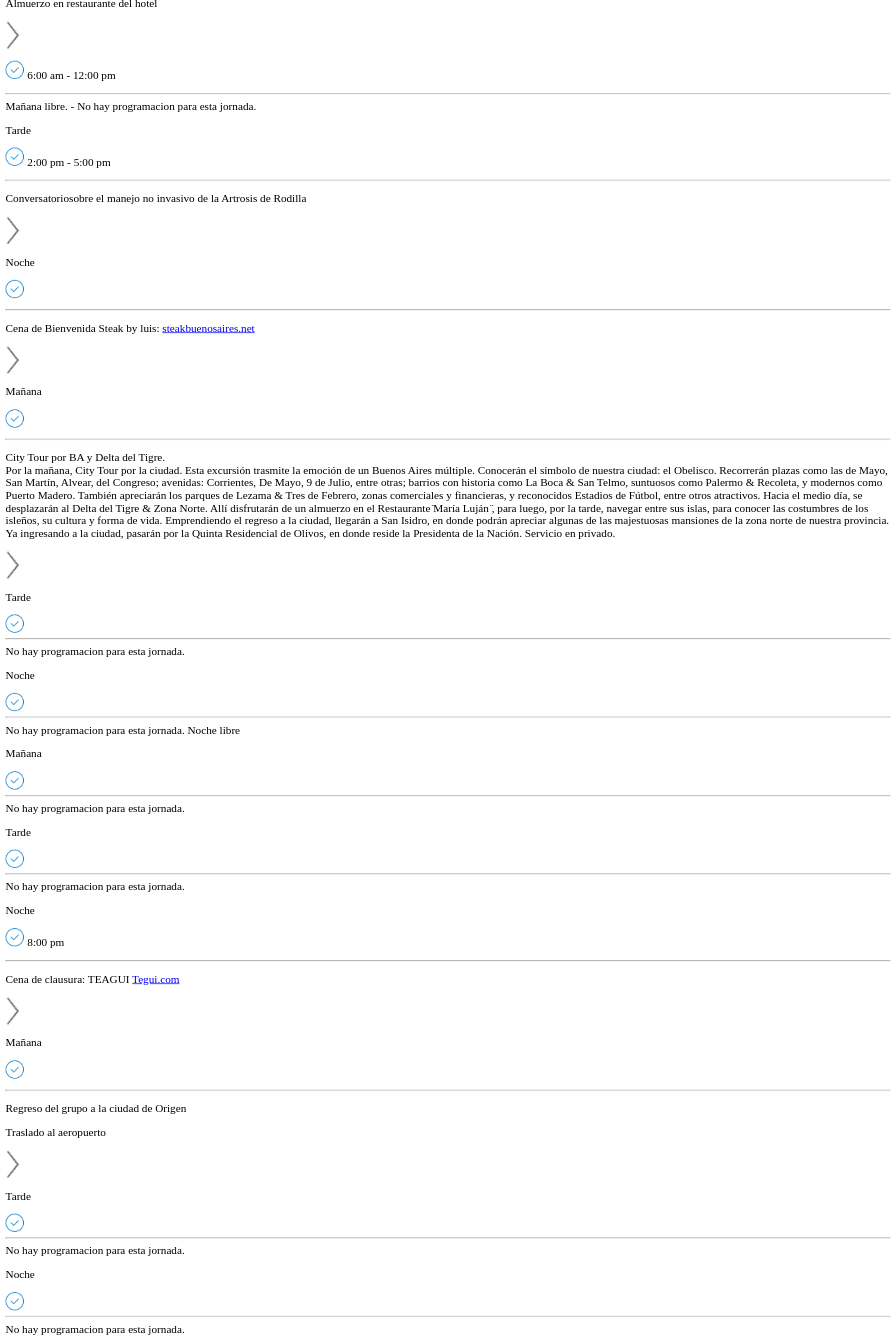
Repository: pacoigloo/Anexia
Page: agenda.html
The author's editor kept a record of every edit. The page is drawn from the files as they stood at one moment, then again after the next edit.
The browser window is 1280 px wide. The pictures show the part of the page from y = 687 to 2607 px (the page is 2603 px tall before and 2607 px after), at 70% of full size.

Above is the page before.

After the next edit:
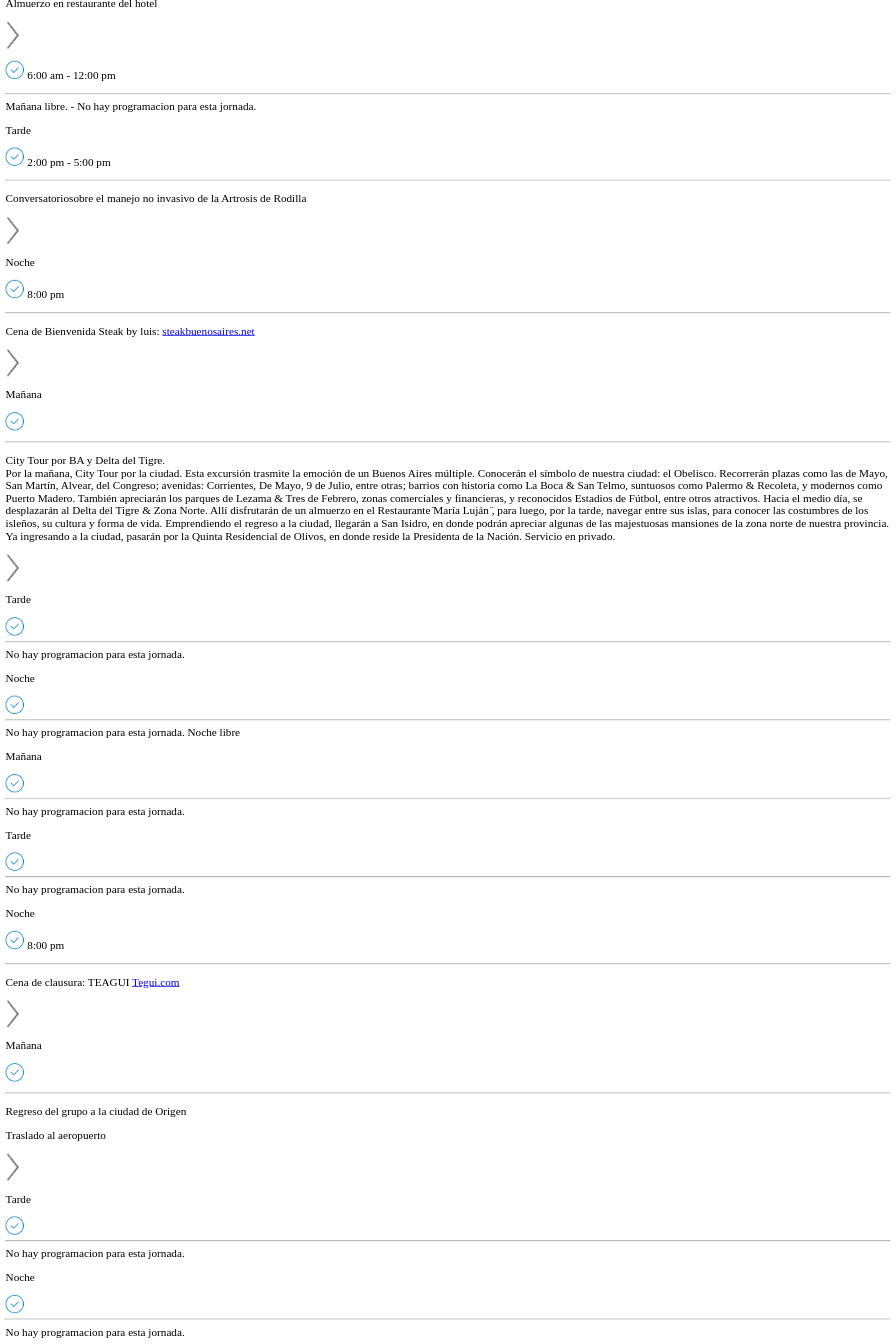
The edit:
--- a/agenda.html
+++ b/agenda.html
@@ -77,7 +77,7 @@
                 Noche
             </p>
             <div id="contenT">
-                <p id="hora"><img src="img/check.png"></img></p>
+                <p id="hora"><img src="img/check.png"></img> 8:00 pm</p>
                 <hr>
                 <p>Cena de Bienvenida Steak by luis: <a href="https://steakbuenosaires.net/steak/">steakbuenosaires.net</a></p>
                 <p><img src="img/flecha-derecha.png" id="flecha"></img></p>
